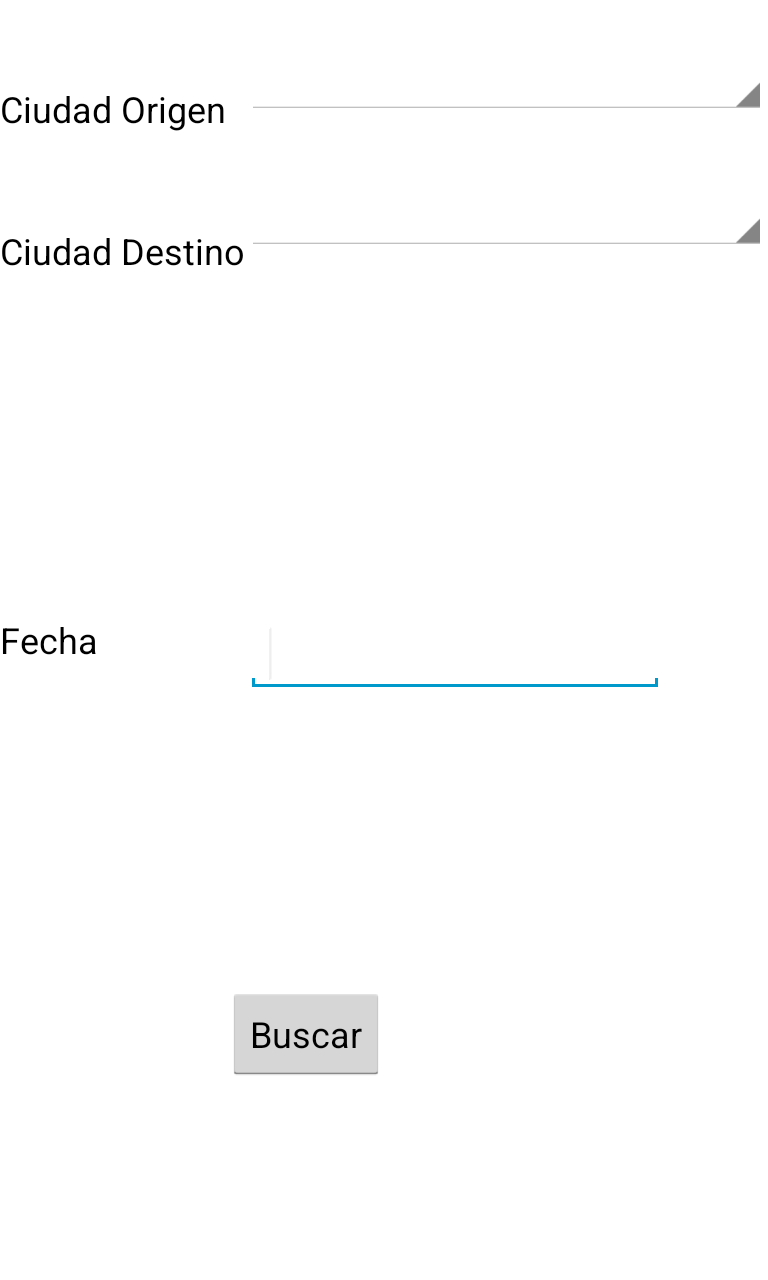
Repository: fmora/ProyectoMultimedios
Layout: MainActivity/MainActivity/res/layout/search_travel.xml
An editor plug-in stored every save of this project. The layout is shown before and after the next save, followed by the edit.
It is drawn on a 768 x 1280 px phone screen (xhdpi) without system bars, with theme AppTheme; the app's code is not run. Lists and similar views that code fills are empty.

Above is the layout before, as saved 2013-12-20 02:13:09.

After the next save:
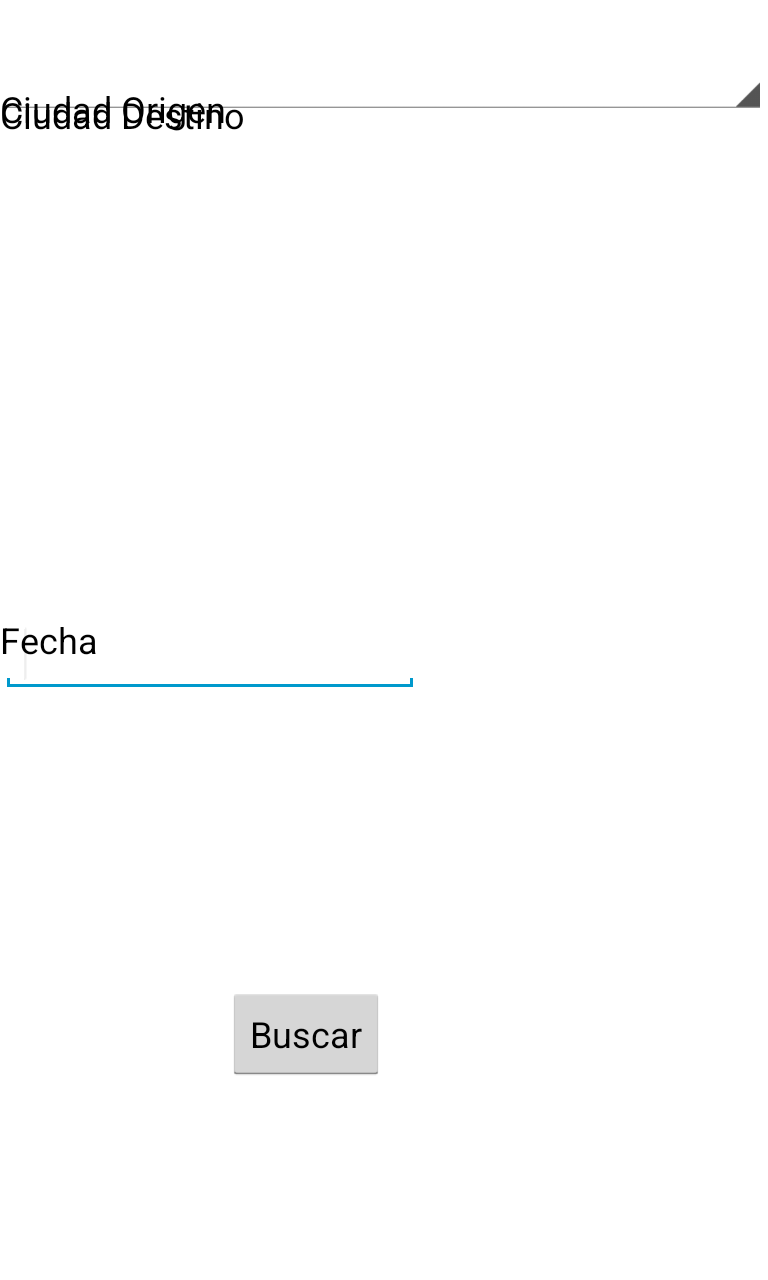
Saved 22 s later.
--- a/MainActivity/MainActivity/res/layout/search_travel.xml
+++ b/MainActivity/MainActivity/res/layout/search_travel.xml
@@ -16,10 +16,9 @@
         android:id="@+id/spinner2"
         android:layout_width="match_parent"
         android:layout_height="wrap_content"
-        android:layout_alignParentRight="true"
-        android:layout_below="@+id/spinner1"
-        android:layout_marginTop="36dp"
-        android:layout_toRightOf="@+id/textView2" />
+        android:layout_alignLeft="@+id/spinner2"
+        android:layout_alignParentTop="true"
+        android:layout_marginTop="26dp" />
 
     <TextView
         android:id="@+id/textView1"
